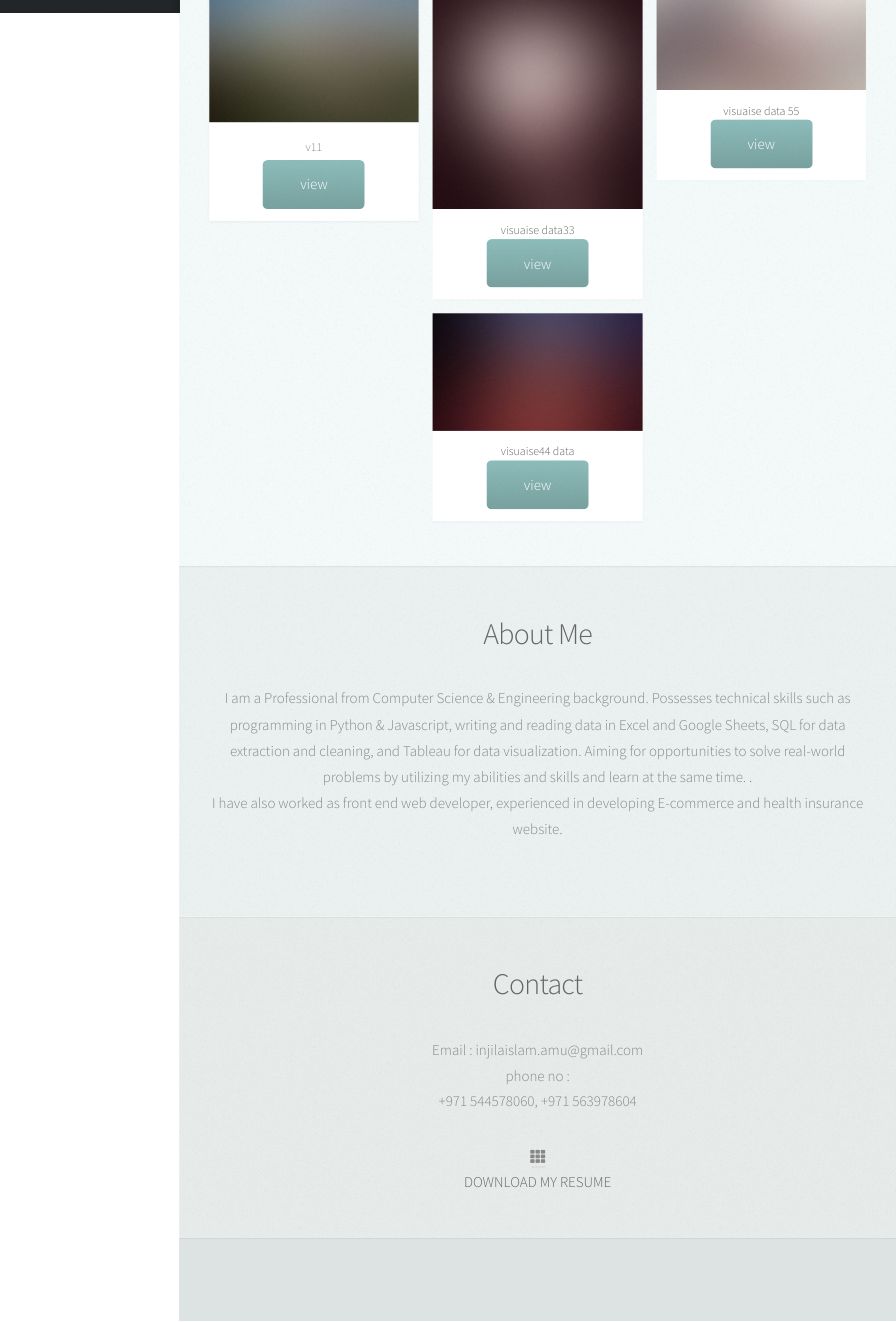
Repository: IslamInjila/new_portfolio
Page: index.html
These files come from the project's save history. The page is drawn as it stood at one moment and after the next save; the edit follows.
The browser window is 1280 px wide. The pictures show the part of the page from y = 701 to 2621 px (the page is 2589 px tall before and 2621 px after), at 70% of full size.

Above is the page before, as saved 2021-03-06 22:09:38.

### index.html
<!DOCTYPE HTML>
<!--
	Prologue by HTML5 UP
	html5up.net | @ajlkn
	Free for personal and commercial use under the CCA 3.0 license (html5up.net/license)
-->
<html>
	<head>
		<title>Prologue by HTML5 UP</title>
		<meta charset="utf-8" />
		<meta name="viewport" content="width=device-width, initial-scale=1, user-scalable=no" />
		<link rel="stylesheet" href="assets/css/main.css" />
	</head>
	<body class="is-preload">

		<!-- Header -->
			<div id="header">

				<div class="top">

					<!-- Logo -->
						<div id="logo">
							<span class="image avatar48"><img src="images/photome.jpg" alt="" /></span>
							<h1 id="title">Injila Islam</h1>
							<p>Data Analyst | Coder</p>
						</div>

					<!-- Nav -->
						<nav id="nav">
							<ul>
								<li><a href="#top" id="top-link"><span class="icon solid fa-home">Intro</span></a></li>
								<li><a href="#portfolio" id="portfolio-link"><span class="icon solid fa-th">Portfolio</span></a></li>
								<li><a href="#about" id="about-link"><span class="icon solid fa-user">About Me</span></a></li>


								<li><a href="#contact" id="contact-link"><span class="icon solid fa-envelope">Contact</span></a></li>

							</ul>

						</nav>

				</div>

				<div class="bottom">

					<!-- Social Icons -->
						<!-- <ul class="icons">
							<li><a href="#" class="icon brands fa-twitter"><span class="label">Twitter</span></a></li>
							<li><a href="#" class="icon brands fa-facebook-f"><span class="label">Facebook</span></a></li>
							<li><a href="#" class="icon brands fa-github"><span class="label">Github</span></a></li>
							<li><a href="#" class="icon brands fa-dribbble"><span class="label">Dribbble</span></a></li>
							<li><a href="#" class="icon solid fa-envelope"><span class="label">Email</span></a></li>
						</ul> -->

				</div>

			</div>

		<!-- Main -->
			<div id="main">

				<!-- Intro -->
					<section id="top" class="one dark cover">
						<div class="container">

							<header>
								<h2 class="alt">Hi! I'm <strong>Injila Islam</strong>
								<h5>process, analyse and visualize data
							</header>

							<footer>
								<a href="#portfolio" class="button scrolly">see my portfolio</a>
							</footer>

						</div>
					</section>

				<!-- Portfolio -->
					<section id="portfolio" class="two">
						<div class="container">

							<header>
								<h2>Portfolio</h2>
							</header>

							<p>A sample of my personal projects</p>

							<div class="row">
								<div class="col-4 col-12-mobile">
									<article class="item ">
										<a href="#" class="image fit"><img src="images/pic02.jpg" alt="" /></a>
										<header>
											v11
											<h5><input type="button" class="nine" width="100" height="132" onclick='window.open("http://www.foracure.org.au");return false;'
												target="_blank" value="view"
												/></h5>
										</header>
										<!-- <p><a href="https://www.w3schools.com">
											<img src="images/pic02.jpg" alt="W3Schools.com" >
											</a></p>  -->


											<!-- <input type="button" class="nine" width="100" height="132" onclick='window.open("http://www.foracure.org.au");return false;'
											 target="_blank" value="view"
											 /> -->
											<!-- <button type="button" class="btn btn-outline-primary" href="https://www.w3schools.com">view</button> -->
									</article>

									<article class="item">
										<!-- <a href="#" class="image fit"><img src="images/pic03.jpg" alt="" /></a>
										<header>
											<h5>visuaise data 22</h5>
											<input type="button" class="nine" width="100" height="132" onclick='window.open("http://www.foracure.org.au");return false;'
												target="_blank" value="view"
												/>

										</header> -->
									</article>
								</div>
								<div class="col-4 col-12-mobile">
									<article class="item">
										<a href="#" class="image fit"><img src="images/pic04.jpg" alt="" /></a>
										<header>
											<h5>visuaise data33 </h5>
											<input type="button" class="nine" width="100" height="132" onclick='window.open("http://www.foracure.org.au");return false;'
												target="_blank" value="view"
												/>
										</header>
									</article>
									<article class="item">
										<a href="#" class="image fit"><img src="images/pic05.jpg" alt="" /></a>
										<header>
											<h5>visuaise44 data </h5>
											<input type="button" class="nine" width="100" height="132" onclick='window.open("http://www.foracure.org.au");return false;'
												target="_blank" value="view"
												/>
										</header>
									</article>
								</div>
								<div class="col-4 col-12-mobile">
									<article class="item">
										<a href="#" class="image fit"><img src="images/pic06.jpg" alt="" /></a>
										<header>
											<h5>visuaise data 55</h5>
											<input type="button" class="nine" width="100" height="132" onclick='window.open("http://www.foracure.org.au");return false;'
												target="_blank" value="view"
												/>
										</header>
									</article>
									<!-- <article class="item">
										<a href="#" class="image fit"><img src="images/pic07.jpg" alt="" /></a>
										<header>
											<h5>visuaise data66 </h5>
											<input type="button" class="nine" width="100" height="132" onclick='window.open("http://www.foracure.org.au");return false;'
												target="_blank" value="view"
												/>
										</header>
									</article> -->
								</div>
							</div>

						</div>
					</section>

				<!-- About Me -->
					<section id="about" class="three">
						<div class="container">

							<header>
								<h2>About Me</h2>
							</header>

							<!-- <a href="#" class="image featured"><img src="images/profilePic.jpg" alt="" /></a> -->

							<p>I am a Professional from Computer Science & Engineering background.

                               Possesses technical skills such as programming in Python & Javascript, writing and reading data in Excel and Google Sheets, SQL for data extraction and cleaning, and Tableau for data visualization.
								Aiming for opportunities to solve real-world problems by utilizing my abilities and skills and learn at the same time. .<br>
								I have also worked as front end web developer, experienced in developing E-commerce and health insurance website.

						</div>
					</section>


				<!-- Contact -->
					<section id="contact" class="four">
						<div class="container">

							<header>
								<h2>Contact</h2>
							</header>
							<P> Email : injilaislam.amu@gmail.com
							<br>phone no : <br> +971 544578060, +971 563978604</p>

							<object data="YourFile.pdf"  type="application/x-pdf" title="SamplePdf"  >
								<a href="images/resume.pdf" target="_blank" ><span class="icon solid fa-th"></span>
									<H1>DOWNLOAD MY RESUME</H1> </span></a></li>
							 </object>

							<!-- <p>Elementum sem parturient nulla quam placerat viverra
							mauris non cum elit tempus ullamcorper dolor. Libero rutrum ut lacinia
							donec curae mus. Eleifend id porttitor ac ultricies lobortis sem nunc
							orci ridiculus faucibus a consectetur. Porttitor curae mauris urna mi dolor.</p> -->
<!--
							<form method="post" action="#">
								<div class="row">
									<div class="col-6 col-12-mobile"><input type="text" name="name" placeholder="Name" /></div>
									<div class="col-6 col-12-mobile"><input type="text" name="email" placeholder="Email" /></div>
									<div class="col-12">
										<textarea name="message" placeholder="Message"></textarea>
									</div>
									<div class="col-12">
										<input type="submit" value="Send Message" />
									</div>
								</div>
							</form> -->

						</div>
					</section>

			</div>

		<!-- Footer -->
			<div id="footer">

				<!-- Copyright -->
					<!-- <ul class="copyright">
						<li>&copy; Untitled. All rights reserved.</li><li>Design: <a href="http://html5up.net">HTML5 UP</a></li>
					</ul> -->

			</div>

		<!-- Scripts -->
			<script src="assets/js/jquery.min.js"></script>
			<script src="assets/js/jquery.scrolly.min.js"></script>
			<script src="assets/js/jquery.scrollex.min.js"></script>
			<script src="assets/js/browser.min.js"></script>
			<script src="assets/js/breakpoints.min.js"></script>
			<script src="assets/js/util.js"></script>
			<script src="assets/js/main.js"></script>

	</body>
</html>

Loaded but not shown: assets/js/jquery.min.js (library); assets/js/jquery.scrolly.min.js (common file); assets/js/jquery.scrollex.min.js (common file); assets/js/browser.min.js (common file); assets/js/breakpoints.min.js (common file); assets/css/fontawesome-all.min.css (library); assets/js/util.js (587 lines, source omitted); assets/js/main.js (123 lines, source omitted); assets/css/main.css (2635 lines, source omitted)

After the next save:
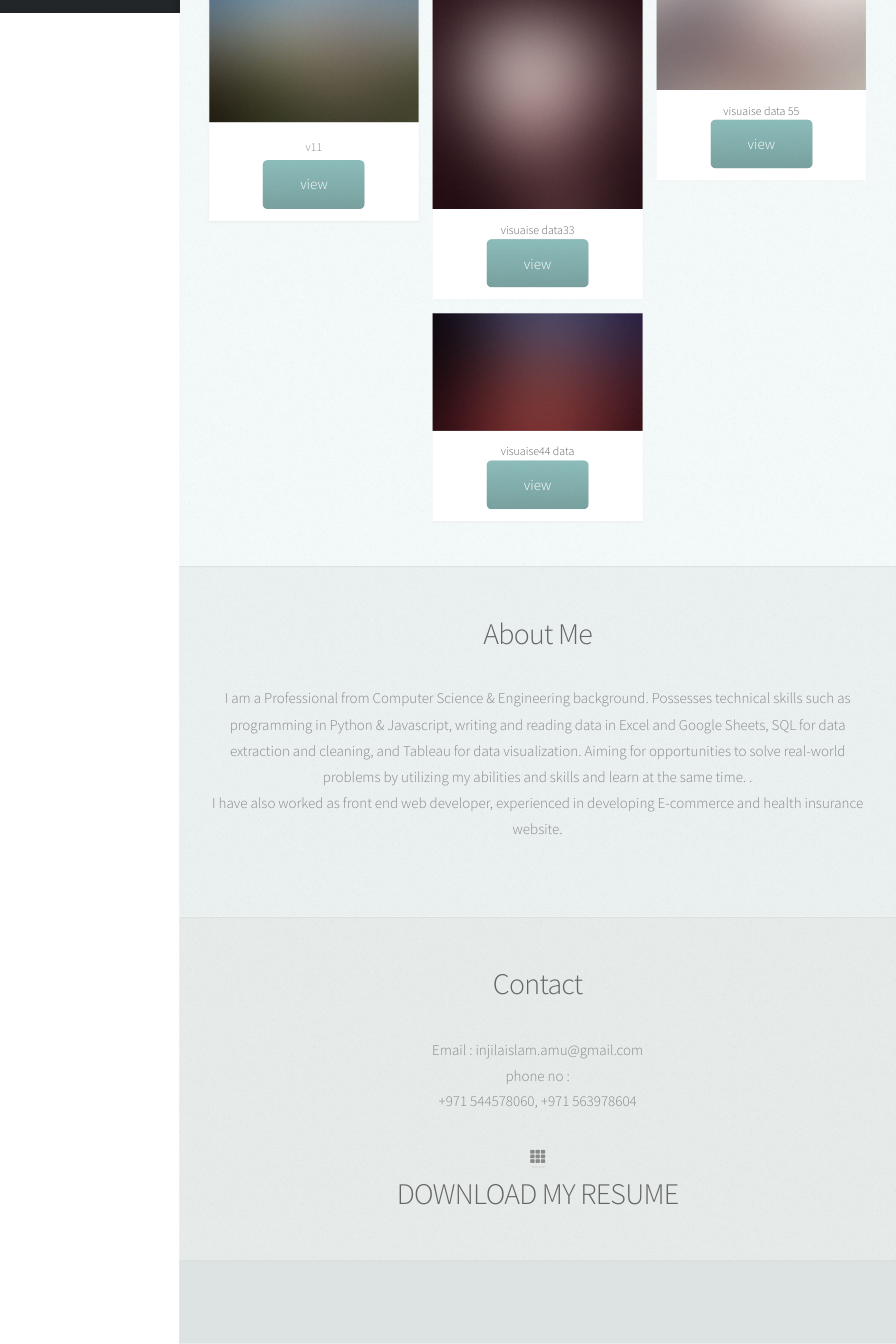
Saved 39 s later.
--- a/index.html
+++ b/index.html
@@ -194,7 +194,7 @@
 
 							<object data="YourFile.pdf"  type="application/x-pdf" title="SamplePdf"  >
 								<a href="images/resume.pdf" target="_blank" ><span class="icon solid fa-th"></span>
-									<H1>DOWNLOAD MY RESUME</H1> </span></a></li>
+									<H2>DOWNLOAD MY RESUME</H2> </span></a></li>
 							 </object>
 
 							<!-- <p>Elementum sem parturient nulla quam placerat viverra
